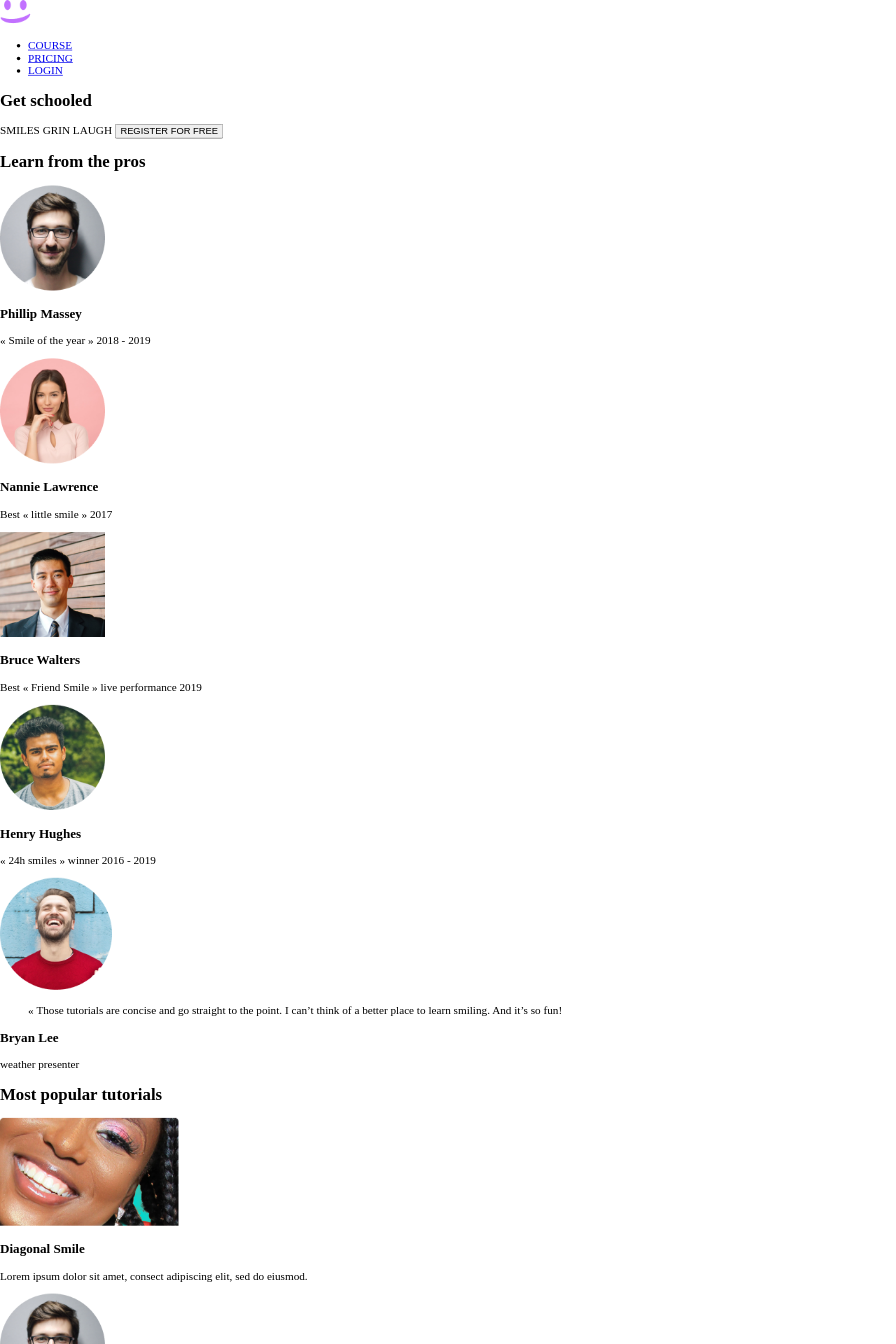
Repository: Patience225/alx_html_css
Page: css_advanced/index.html
These files come from the project's save history. The page is drawn as it stood at one moment and after the next save; the edit follows.
The browser window is 1280 px wide. The pictures show the part of the page from y = 0 to 1920 px (the page is 5236 px tall before and 5846 px after), at 70% of full size.
Some web fonts or font styles are not loaded; a fallback is used. Some web libraries are served in a nearby version.

Above is the page before, as saved 2024-12-30 06:06:38.

After the next save:
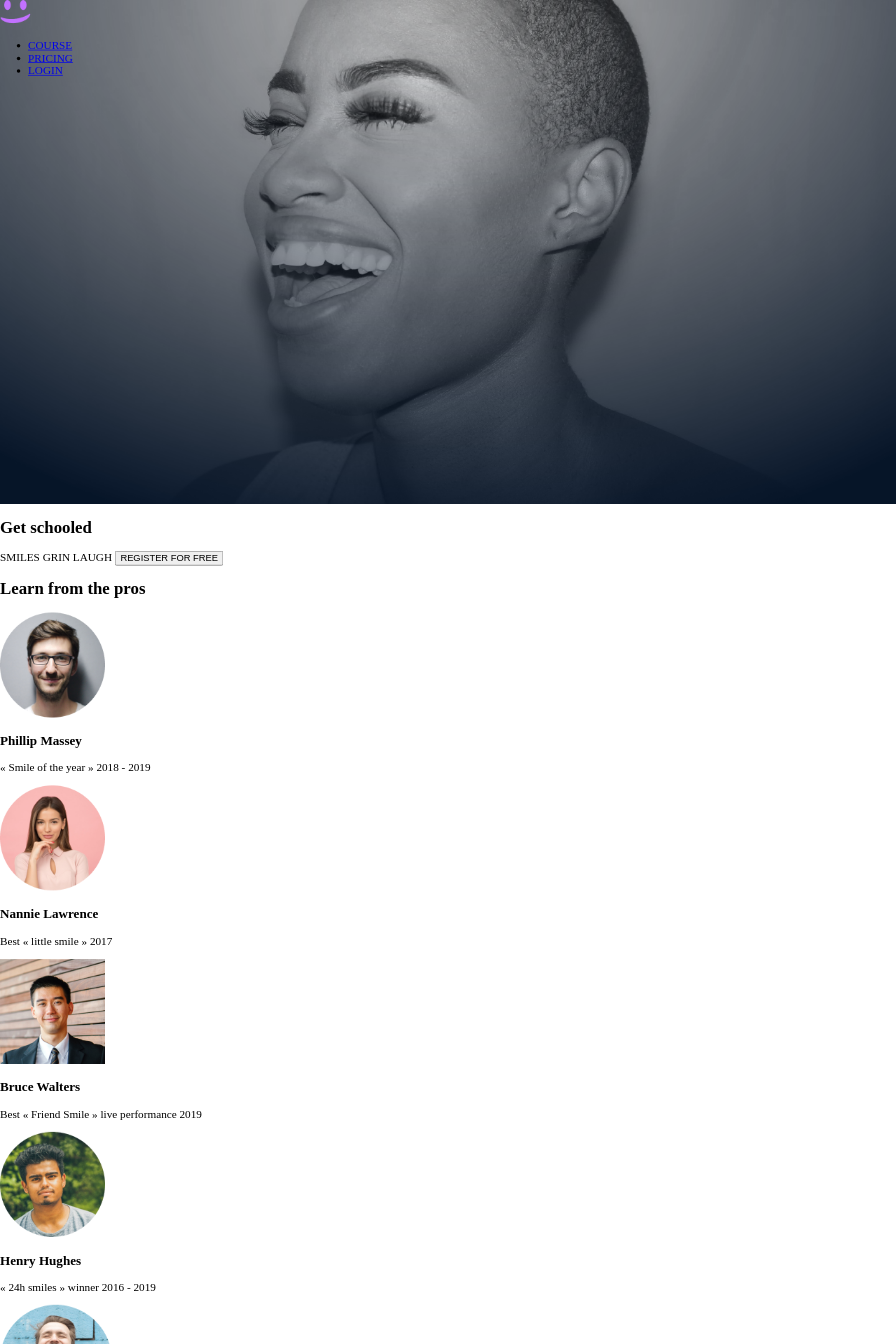
Saved 4 s later.
--- a/css_advanced/index.html
+++ b/css_advanced/index.html
@@ -8,7 +8,7 @@
     <link rel="stylesheet" href="./styles.css">
 </head>
 <body>
-    <header>
+    <header class="hero">
         <nav>
             <img src="images/smile.png" alt="logo">
 
